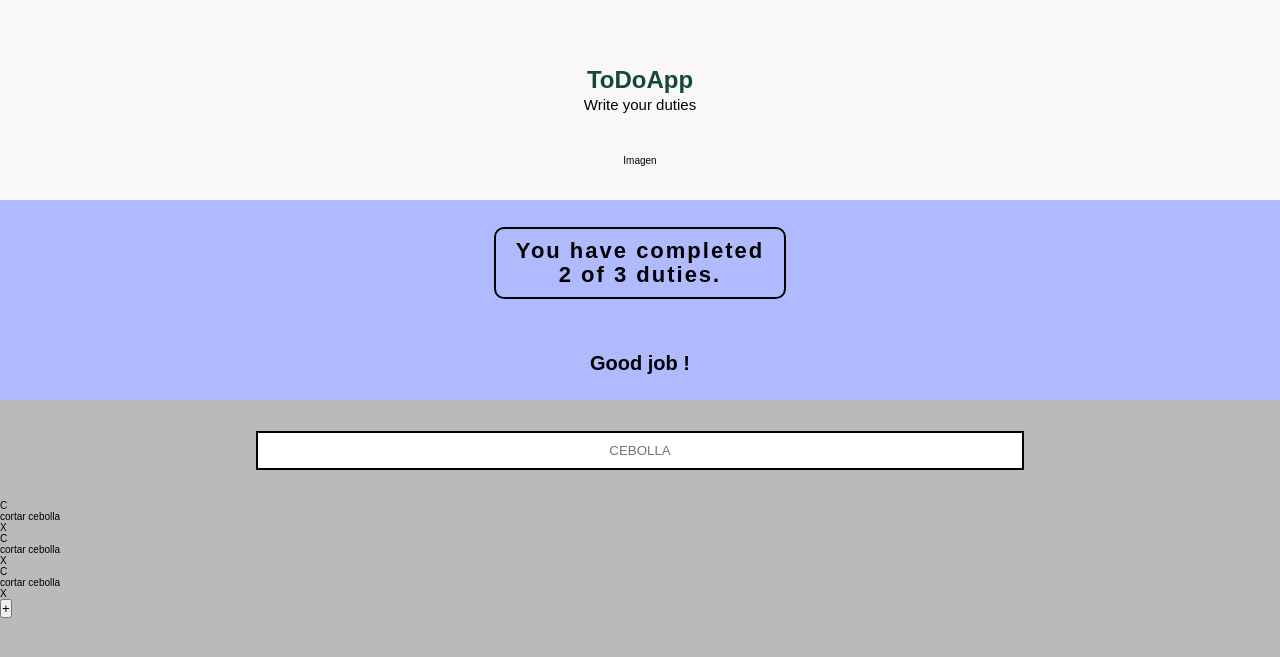
Repository: ChristianGecchelin/to-do-app
Page: /
These files come from the project's save history. The page is drawn as it stood at one moment and after the next save; the edit follows.
The browser window is 1280 px wide. The pictures show the whole page.
The project was rebuilt for these pictures with package versions that can differ from the ones it lists, and the page was loaded fresh each time.

Above is the page before, as saved 2022-01-12 11:21:55.

After the next save:
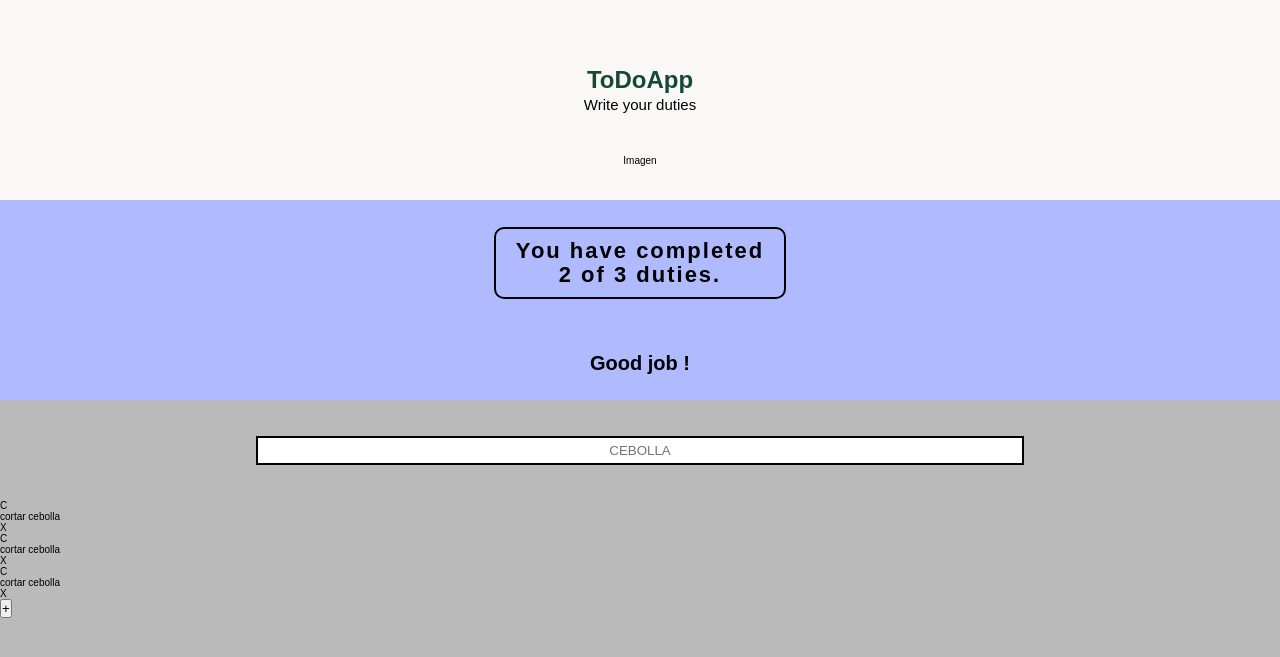
Saved 8 s later.
--- a/src/styles/ToDoSearch.css
+++ b/src/styles/ToDoSearch.css
@@ -13,7 +13,7 @@
   border: 2px solid black;
   margin: 0 auto;
   text-align: center;
-  padding: 10px 20px;
+  padding: 5px 20px;
 }
 .search-input::placeholder {
   text-transform: uppercase;
